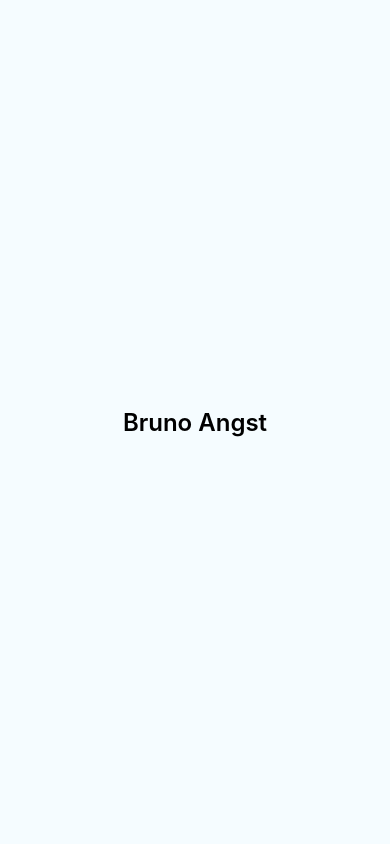
Repository: BrunoCesarAngst/first-project-with-react-native
Screen: /
An editor plug-in stored every save of this project. The screen is shown before and after the next save, followed by the edit.
The app was drawn by React Native's web renderer in a window 390 px wide. The project was rebuilt for these pictures with package versions that can differ from the ones it lists, and the page was loaded fresh each time.

Above is the screen before, as saved 2020-01-18 13:34:42.

### App.js
import React, { Component } from 'react';
import {
  SafeAreaView,
  StyleSheet,
  ScrollView,
  View,
  Text,
  StatusBar,
} from 'react-native';

import {
  Header,
  LearnMoreLinks,
  Colors,
  DebugInstructions,
  ReloadInstructions,
} from 'react-native/Libraries/NewAppScreen';

export default class App extends Component {
  render() {
    return (
      <View style={styles.sectionContainer}>
        <Text style={styles.sectionTitle}>Bruno Angst</Text>
      </View>
    );
  }
}

const styles = StyleSheet.create({
  sectionContainer: {
    flex: 1,
    justifyContent: 'center',
    alignItems: 'center',
    backgroundColor: '#F5FCFF',
  },
  sectionTitle: {
    fontSize: 24,
    fontWeight: '600',
    color: '#000',
  },
});

After the next save:
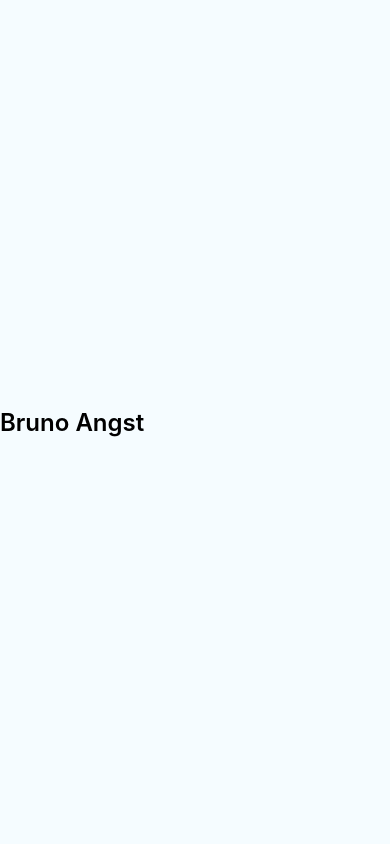
Saved 11 s later.
--- a/App.js
+++ b/App.js
@@ -30,7 +30,6 @@
   sectionContainer: {
     flex: 1,
     justifyContent: 'center',
-    alignItems: 'center',
     backgroundColor: '#F5FCFF',
   },
   sectionTitle: {

After the save that followed:
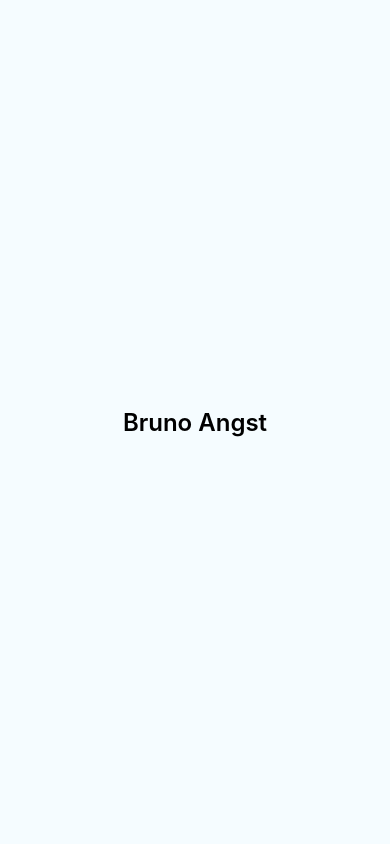
Saved 9 s later.
--- a/App.js
+++ b/App.js
@@ -30,6 +30,7 @@
   sectionContainer: {
     flex: 1,
     justifyContent: 'center',
+    alignItems: 'center',
     backgroundColor: '#F5FCFF',
   },
   sectionTitle: {
